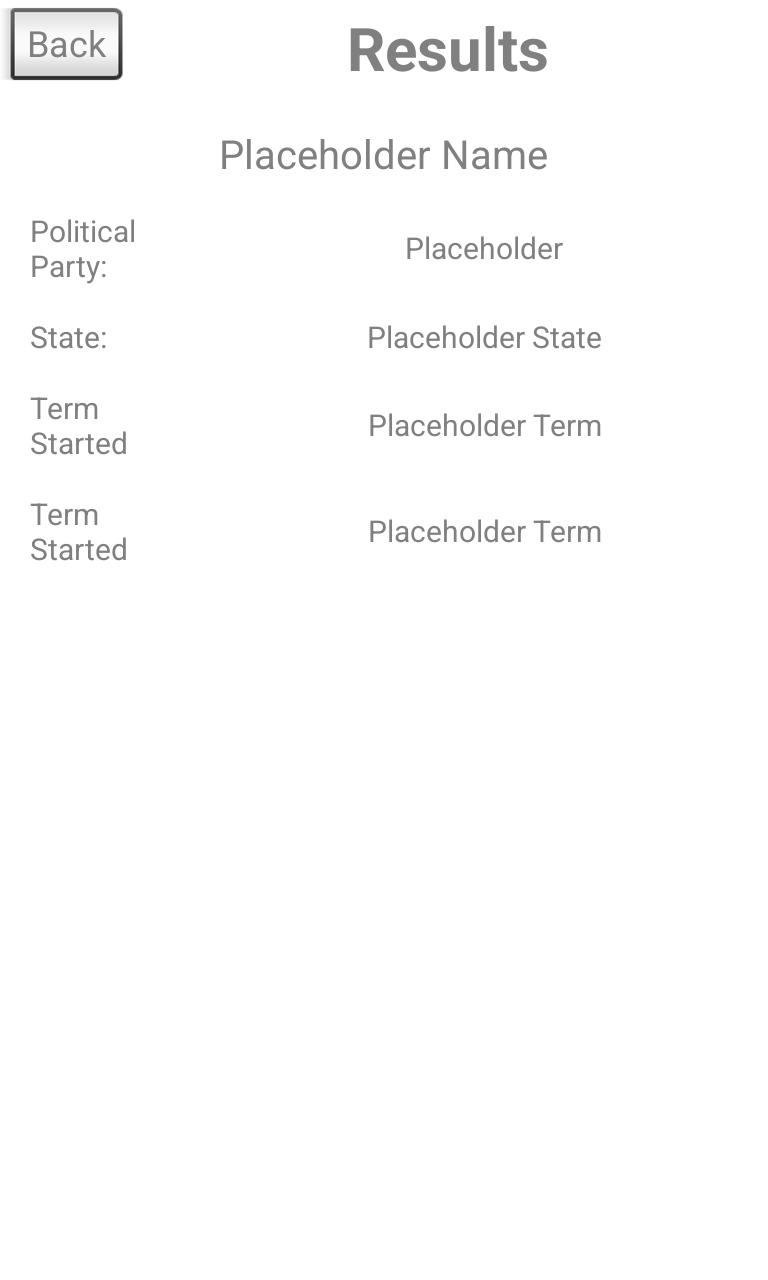
Repository: scottcaruso/Java_I_1307_Week4
Layout: myGov/res/layout/politician_display.xml
These files come from the project's save history. The layout is drawn as it stood at one moment and after the next save; the edit follows.
It is drawn on a 768 x 1280 px phone screen (xhdpi) without system bars, with theme AppTheme; the app's code is not run.

Above is the layout before, as saved 2013-08-01 21:16:08.

After the next save:
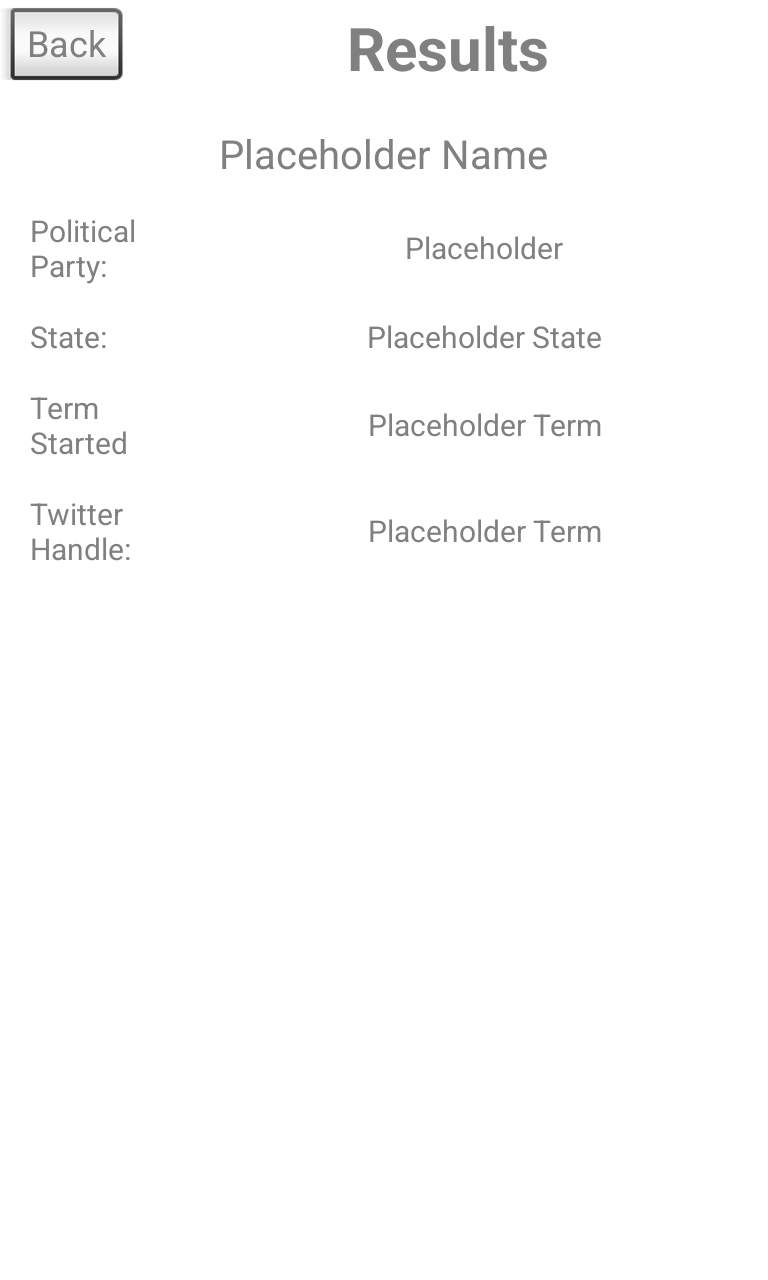
Saved 8 s later.
--- a/myGov/res/layout/politician_display.xml
+++ b/myGov/res/layout/politician_display.xml
@@ -127,7 +127,7 @@
              android:layout_width="85dp"
              android:layout_height="wrap_content"
              android:layout_marginLeft="15dp"
-             android:hint="@string/term_started"
+             android:hint="Twitter Handle:"
              android:textSize="15sp" />
 
          <TextView
